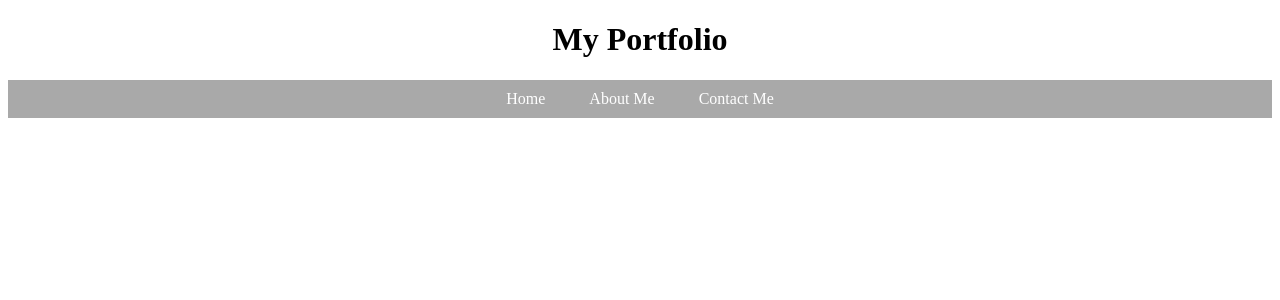
Repository: harshitanthal1/my_portfolio
Page: aboutme.html
An editor plug-in stored every save of this project. The page is shown before and after the next save, followed by the edit.
The browser window is 1280 px wide. The pictures show the whole page.

Above is the page before, as saved 2024-02-02 13:24:10.

### aboutme.html
<!DOCTYPE html>
<html lang="en">
<head>
    <meta charset="UTF-8">
    <meta name="viewport" content="width=device-width, initial-scale=1.0">
    <title>My Portfolio</title>
    <link rel="stylesheet" href="styles/styles.css" />
</head>
<body>
    <header><h1>My Portfolio</h1></header>
    <nav>
        <li><a href="index.html" target="_blank">Home</a></li>
        <li><a href="aboutme.html" target="_blank" >About Me</a></li>
        <li><a href="contactme.html" target="_blank" >Contact Me</a></li>
    </nav>
</body>
</html>

### styles/styles.css
header {
    text-align: center;
}

nav {
    background-color: darkgrey;
    color: white;
    padding: 10px;
    text-align: center;
}

li {
    display: inline;
    margin-right: 20px;
    margin-left: 20px;
}

a {
    text-decoration: none;
    color: white;
}

#profile {
    padding: 10px;
    width: 350px;
    text-align: justify;
}

img {
    border-radius: 50%;
}

After the next save:
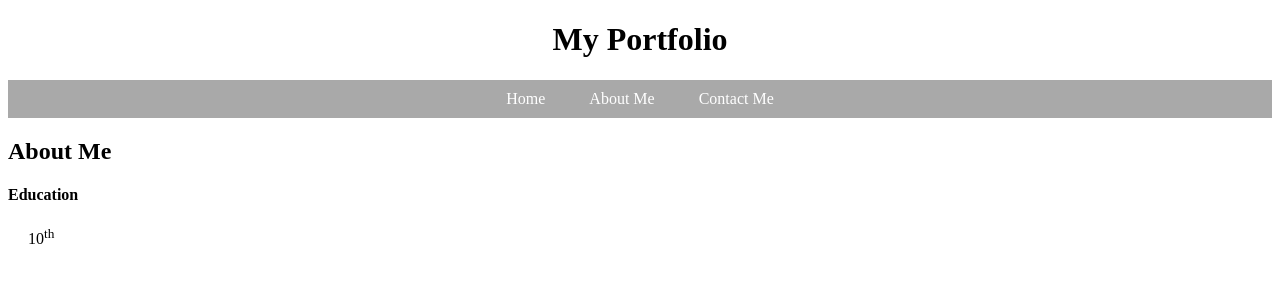
Saved 10 min 39 s later.
--- a/aboutme.html
+++ b/aboutme.html
@@ -13,5 +13,12 @@
         <li><a href="aboutme.html" target="_blank" >About Me</a></li>
         <li><a href="contactme.html" target="_blank" >Contact Me</a></li>
     </nav>
+    <h2>About Me</h2>
+    <div id="education">
+        <h4>Education</h4>
+        <li>
+            10<sup>th</sup>
+        </li>
+    </div>
 </body>
 </html>
